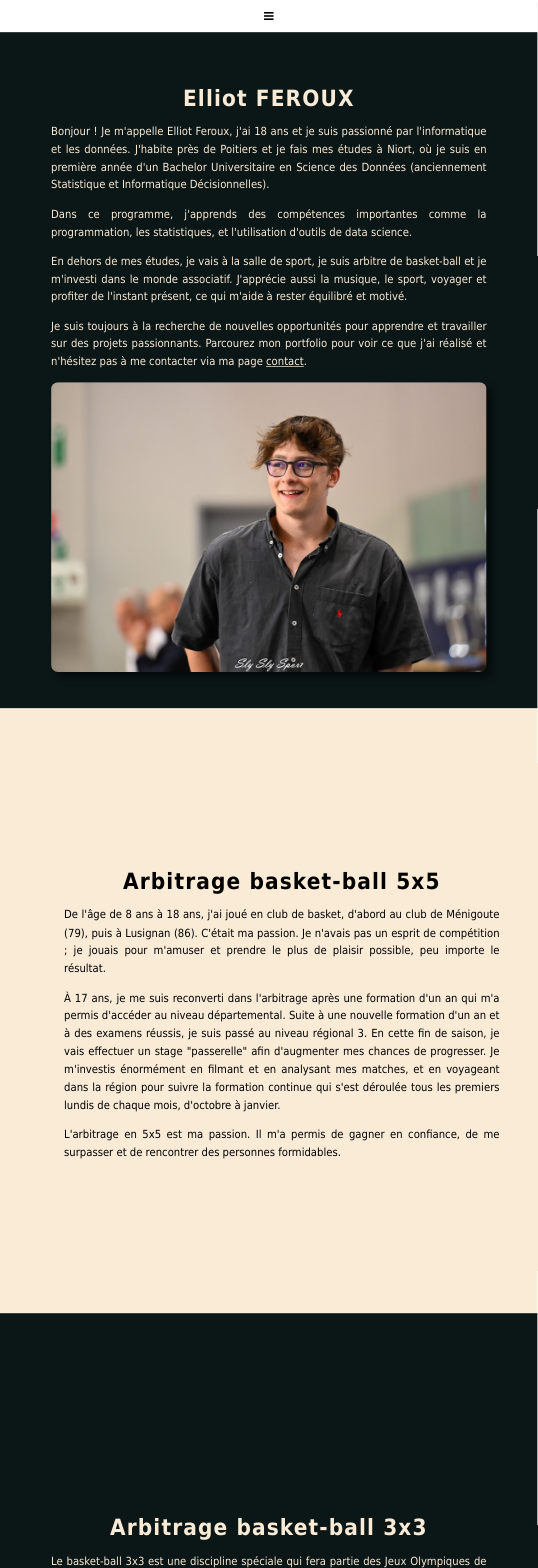
Repository: elliotfx/elliotfx.github.io
Page: html/apropos.html
The author's editor kept a copy of each file at every save. The page is drawn from the files as they stood at one save, then again after the next save.
The browser window is 768 px wide. The pictures show the part of the page from y = 0 to 2240 px (the page is 5332 px tall before and 5230 px after), at 70% of full size.

Above is the page before, as saved 2025-03-20 21:28:17.

### html/apropos.html
<!doctype html>
<html lang="fr">
<head>
  <meta charset="UTF-8">
  <meta name="viewport" content="width=device-width, initial-scale=1.0">
  <meta name="author" content="Elliot FEROUX">
  <meta name="description" content="Portfolio de Elliot FEROUX">
  <title>Mes Projets (Portfolio Elliot FEROUX)</title>
  <link rel="stylesheet" type="text/css" href="./../css/apropos.css" media="screen">
  <link rel="preconnect" href="https://fonts.googleapis.com">
  <link rel="preconnect" href="https://fonts.gstatic.com" crossorigin>
  <link href="https://fonts.googleapis.com/css2?family=Kanit:ital,wght@0,100;0,200;0,300;0,400;0,500;0,600;0,700;0,800&display=swap" rel="stylesheet">
  <link rel="stylesheet" href="../css/font-awesome-4.7.0/css/font-awesome.min.css">
  <link rel="shortcut icon" href="SD.png" type="image/x-icon">
  <script src="../JS/script_projets.js"></script>
</head>
<body>
  <header>
    <div class="navbar" id="nav">
      <div class="burger-container">
        <i class="fa fa-bars iconeburger" aria-hidden="true"></i>
      </div>
      <ul class="navbar-menu">
        <li class="link-nav-underline"><a href="bilan.html">BILAN PERSONNEL</a></li>
        <li class="link-nav-underline-projet"><a href="projets.html">PROJETS</a></li>
        <li class="logo">
          <a href="https://iutp.univ-poitiers.fr/sd/" target="_blank">
            <img src="./../Images/SD.png" alt="Logo BUT Sciences des Données">
          </a>
        </li>
        <li class="link-nav-underline"><a href="apropos.html">A PROPOS</a></li>
        <li class="link-nav-underline"><a href="contact.html">CONTACT</a></li>
      </ul>
    </div>

    <div id="burgerbar">
      <a href="https://iutp.univ-poitiers.fr/sd/" target="_blank">
        <img src="./../Images/SD.png" alt="Logo BUT Sciences des Données" class="logo-burger">
      </a>
      <i class="fa fa-times iconeburgerclose" aria-hidden="true"></i>
      <ul class="burger-menu-list">
        <li class="link-nav-underline"><a href="bilan.html">BILAN PERSONNEL</a></li><br>
        <li class="link-nav-underline"><a href="projets1.html">PROJETS</a></li><br>
        <li class="link-nav-underline"><a href="apropos.html">A PROPOS</a></li><br>
        <li class="link-nav-underline"><a href="contact.html">CONTACT</a></li>
      </ul>
    </div>
  </header>

  <main>
    <!-- Section 1 : Texte à gauche, image à droite -->
    <section class="section noir">
      <div class="container">
        <div class="text-block">
          <h2 class="title">Elliot FEROUX</h2>
          <div class="contenu">
            <p>Bonjour ! Je m'appelle Elliot Feroux, j'ai 18 ans et je suis passionné par l'informatique et les données. J'habite près de Poitiers et je fais mes études à Niort, où je suis en première année d'un Bachelor Universitaire en Science des Données (anciennement Statistique et Informatique Décisionnelles).</p>
            <p>Dans ce programme, j'apprends des compétences importantes comme la programmation, les statistiques, et l'utilisation d'outils de data science.</p>
            <p>En dehors de mes études, je vais à la salle de sport, je suis arbitre de basket-ball et je m'investi dans le monde associatif. J'apprécie aussi la musique, le sport, voyager et profiter de l'instant présent, ce qui m'aide à rester équilibré et motivé.</p>
            <p>Je suis toujours à la recherche de nouvelles opportunités pour apprendre et travailler sur des projets passionnants. Parcourez mon portfolio pour voir ce que j'ai réalisé et n'hésitez pas à me contacter via ma page <a href="contact.html" class="liens">contact</a>.</p>
          </div>
          <div class="img-bas">
            <img src="./../Images/photo2.JPG" alt="Photo de Elliot FEROUX">
          </div>
        </div>
        <div class="image-block">
          <img src="./../Images/photo2.JPG" alt="Photo de Elliot FEROUX">
        </div>
      </div>

    </section>

    <!-- Section 2 : Texte à droite, image à gauche (inversion automatique) -->
    <section class="section blanc">
      <div class="container">
        <div class="text-block">
          <h2 class="title">Arbitrage basket-ball 5x5</h2>
          <div class="contenu">
            <p>De l'âge de 8 ans à 18 ans, j'ai joué en club de basket, d'abord au club de Ménigoute (79), puis à Lusignan (86). C'était ma passion. Je n'avais pas un esprit de compétition ; je jouais pour m'amuser et prendre le plus de plaisir possible, peu importe le résultat.</p>
            <p>À 17 ans, je me suis reconverti dans l'arbitrage après une formation d'un an qui m'a permis d'accéder au niveau départemental. Suite à une nouvelle formation d'un an et à des examens réussis, je suis passé au niveau régional 3. En cette fin de saison, je vais effectuer un stage "passerelle" afin d'augmenter mes chances de progresser. Je m'investis énormément en filmant et en analysant mes matches, et en voyageant dans la région pour suivre la formation continue qui s'est déroulée tous les premiers lundis de chaque mois, d'octobre à janvier.</p>
            <p>L'arbitrage en 5x5 est ma passion. Il m'a permis de gagner en confiance, de me surpasser et de rencontrer des personnes formidables.</p>
          </div>
        </div>
        <div class="image-block">
          <img src="./../Images/55.JPEG" alt="Photo de Elliot FEROUX arbitre">
        </div>
      </div>
    </section>

    <!-- Section 3 : Texte à gauche, image à droite -->
    <section class="section noir">
      <div class="container">
        <div class="text-block">
          <h2 class="title">Arbitrage basket-ball 3x3</h2>
          <div class="contenu">
            <p>Le basket-ball 3x3 est une discipline spéciale qui fera partie des Jeux Olympiques de Paris. C'est une forme de basket-ball de rue. J'ai découvert cette discipline il y a un peu plus d'un an. L'arbitrage et la gestion des acteurs sont différents de ceux du basket-ball traditionnel.</p>
            <p>Depuis, j'ai arbitré lors de nombreux tournois, tels que les <a href="http://ffse.fr/nos-actions/jeux/europeeens/#:~:text=LES%20JEUX%20EUROP%C3%89ENS,-Les%20Jeux%20Europ%C3%A9ens&text=Cette%20grande%20f%C3%AAte%20du%20sport,14%20au%2018%20juin%202023." class="liens">Jeux Européens Inter-Entreprises de Bordeaux</a>, <a href="https://www.poitevins.fr/urbanpb#:~:text=Urban%20PB%20est%20un%20tournoi,qualification%20entre%20avril%20et%20juin." class="liens">l'Urban PB de Poitiers</a>, ou encore le <a href="https://play.fiba3x3.com/events/dfd86fbb-793f-4384-a0a0-58e7211858ba?fbclid=IwAR3QWv89srzKISg9u5xH8Kk9xjBphCmSoV1SZCdJkw5wBuWZTOqwaH6c468" class="liens">Tournoi International du Grand Cognac</a>. Cette discipline me passionne tout autant, car elle me permet de voyager davantage, de profiter du basket en plein air, et même de découvrir de nouveaux horizons.</p>
          </div>
        </div>
        <div class="image-block">
          <img src="./../Images/PB.JPEG" alt="Photo de Elliot FEROUX">
        </div>
      </div>
    </section>

    <!-- Section 4 : Texte à droite, image à gauche -->
    <section class="section blanc">
      <div class="container">
        <div class="text-block">
          <h2 class="title">Bénévolat - Mélusik</h2>
          <div class="contenu">
            <p>Mes parents m'ont toujours immergé dans la musique, mon père étant guitariste et ma mère accordéoniste et chanteuse. Personnellement, je me contente d'écouter de la musique. Ils ont toujours été bénévoles dans une association musicale, et depuis deux ans, je le suis également. Lors de l'édition 2023, j'étais bénévole à la restauration, où je préparais les sandwiches et m'occupais de la logistique en arrière-plan. Je n'ai pas vraiment apprécié cette tâche car il n'y avait pas de contact avec les clients et je ne pouvais pas profiter de la musique.</p>
            <p>Cette année, j'ai été à l'accueil, en charge de servir les clients en jetons, de gérer les retours de caution, et de répondre à toutes les questions des festivaliers. J'ai beaucoup aimé ce poste car il impliquait beaucoup de contact avec les clients, la gestion d'argent, et des responsabilités. De plus, cela m'a permis de travailler sur ma confiance en moi et de veiller à ce que les festivaliers aient une bonne impression du festival dès leur arrivée.</p>
          </div>
        </div>
        <div class="image-block">
          <img src="./../Images/melu.jpeg" alt="Festival Mélusik affiche">
        </div>
      </div>
    </section>

    <!-- Section 5 : Texte à gauche, image à droite -->
    <section class="section noir">
      <div class="container">
        <div class="text-block">
          <h2 class="title">Arbitrage Universitaire</h2>
          <div class="contenu">
            <p>Depuis le début de l'année universitaire 2024 - 2025, j'arbitre à l'université, je me rends souvent à Poitiers le jeudi après-midi afin d'arbitrer des matchs au niveau Académique et Inter-Académique. J'ai nottament pu arbitrer la finale inter-académique avec les équipes de l'ENSMA - Chasseneuil, Toulon et La Rochelle.</p>
            <p>Les matchs Inter-Université me permettent de prendre de l'expérience car on y retrouve des joueurs de plus ou moins haut niveau. J'arbitre actuellement en Régional 3 et je peux me retrouver à arbitrer des joueurs de niveau Régionale 1 voire Nationale 3. C'est toujours de l'expérience à prendre et je m'épanouis énormément. Cela me permet de pratiquer d'autant plus ma passion.</p>
          </div>
        </div>
        <div class="image-block">
          <img src="./../Images/univ.png" alt="Arbitrage Universitaire">
        </div>
      </div>
    </section>

    <section class="section blanc">
        <div class="container">
          <div class="text-block">
            <h2 class="title">Ecole d'arbitrage</h2>
            <div class="contenu">
                <p>Depuis le début de l'année universitaire 2024-2025, je m'investis activement dans l'école d'arbitrage de mon club de Basket, Chauray. Je m'occupe de préparer des séances théoriques <a href="./../Images/ecolearb.pdf" target="_blank" class="liens">(cf pdf pour un exemple de séance).</a> Nous nous servons de matchs de jeunes afin de les accompagner dans leur évolution. Si possible, nous pouvons les suivre dans leurs matchs "officiels", afin de leur donner plus de conseils.</p>
                <p>J'aime réellement former, cela me permet de partager ma passion, transmettre mes connaissances et de gagner en maturité. Cela m'apporte beaucoup.</p>
            </div>
          </div>
          <div class="image-block">
            <img src="./../Images/ecole.JPG" alt="ecole">
          </div>
        </div>
      </section>
  </main>
</body>
</html>

### css/apropos.css
@import "navbar_stylesheet.css";

body {
  margin: 0;
  padding: 0;
  font-family: 'Tahoma', sans-serif;
}

.img-bas{
    display: none;
}

/* Style de base pour chaque section */
.section {
  min-height: 100vh;
  display: flex;
  align-items: center;
  justify-content: center;
  padding: 2rem 0;
  position: relative;
}

/* Fond sombre et texte clair */
.section.noir {
  background-color: #0B1616;
  color: antiquewhite;
}

/* Fond clair et texte foncé */
.section.blanc {
  background-color: antiquewhite;
  color: #000;
}

/* Container central en flex */
.container {
  width: 90%;
  max-width: 1200px;
  display: flex;
  flex-direction: row;
  align-items: center;
  justify-content: space-between;
  gap: 2rem;
  margin: auto;
}

/* Inversion de l'ordre pour les sections paires */
.section:nth-of-type(even) .container {
  flex-direction: row-reverse;
}

/* Bloc de texte */
.text-block {
  width: 50%;
  padding: 1rem;
}

/* Style du titre */
.title {
  font-weight: bold;
  letter-spacing: 0.05em;
  font-size: 2em;
  margin-bottom: 1rem;
}

/* Bloc image */
.image-block {
  width: 50%;
  display: flex;
  align-items: center;
  justify-content: center;
}

.image-block img {
  width: 80%;
  height: auto;
  border-radius: 10px;
  box-shadow: 8px 8px 10px 0 rgba(0, 0, 0, 0.5);
}

/* Style des liens */
a {
  color: inherit;
}

/* Mise en forme du contenu textuel */
.contenu p {
  text-align: justify;
  line-height: 1.6;
}

.liens{
    text-decoration: underline;
}

@media screen and (max-width: 900px) {
    .image-block {
        display: none;
    }

    .text-block {
        width: 90%;
        text-align: center;
    }

    .container {
        flex-direction: column;
        align-items: center;
        text-align: center;
        position: relative;
    }

    .img-bas {
        display: block;
        width: fit-content;  /* Ajuste la taille */
    }

    .img-bas img {
        width: 100%;
        max-width: 100%; /* Taille max */
        height: auto;
        border-radius: 10px;
        box-shadow: 8px 8px 10px 0 rgba(0, 0, 0, 0.5);
    }
}

### css/navbar_stylesheet.css
html,
body {
    overflow-x: hidden;
}

ul {
    list-style-type: none;
    padding: 0;
    margin: 0;
}

header {
    background-color: #ffffff;
    box-shadow: 3px 3px 4px rgba(205, 205, 205, 0.5);
    display: flex;
    justify-content: center;
    align-items: center;
    padding: 15px;
    z-index: 2000;
}

.navbar {
    width: 100%;
    display: flex;
    justify-content: center;
    align-items: center;
}

/* Modification principale pour répartir équitablement les éléments */
.navbar-menu {
    display: flex;
    justify-content: space-around;
    align-items: center;
    width: 100%;
}

.logo img {
    width: 50px;
    height: 50px;
}

/* Effet souligné au survol */
.link-nav-underline, .link-nav-underline-projet {
    display: inline-block;
    position: relative;
    text-decoration: none;
    color: inherit;
}

.link-nav-underline::after,
.link-nav-underline-projet::after {
    content: "";
    display: block;
    position: absolute;
    bottom: 0;
    left: 0;
    width: 100%;
    height: 2px;
    background: #000;
    transform: scaleX(0);
    transition: transform 0.2s ease-in-out;
    transform-origin: left;
}

.link-nav-underline:hover::after,
.link-nav-underline-projet:hover::after {
    transform: scaleX(1);
}

/* Style du menu burger */
.burger-container {
    display: none;
    cursor: pointer;
}

#burgerbar {
    height: 100vh;
    width: 50%;
    background-color: #fff;
    position: fixed;
    top: 0;
    left: -100%;
    display: flex;
    flex-direction: column;
    align-items: center;
    justify-content: center;
    z-index: 3000;
    transition: left 0.3s ease-in-out;
    padding: 20px;
    box-shadow: 2px 0 5px rgba(0, 0, 0, 0.5);
}

/* Responsive pour mobiles */
@media screen and (max-width: 900px) {
    .navbar-menu {
        display: none;
    }

    .burger-container {
        display: flex;
    }

    .burger-menu-list {
        display: block;
        text-align: center;
    }

    .burger-menu-list li {
        margin: 15px 0;
    }
}


a{
    color: inherit;
    text-decoration: none;
}

.logo-burger{
    width: 50px;
    height: 50px;
}

Loaded but not shown: css/font-awesome-4.7.0/css/font-awesome.min.css (library); JS/script_projets.js (no copy from this time; the picture is the same without it)

After the next save:
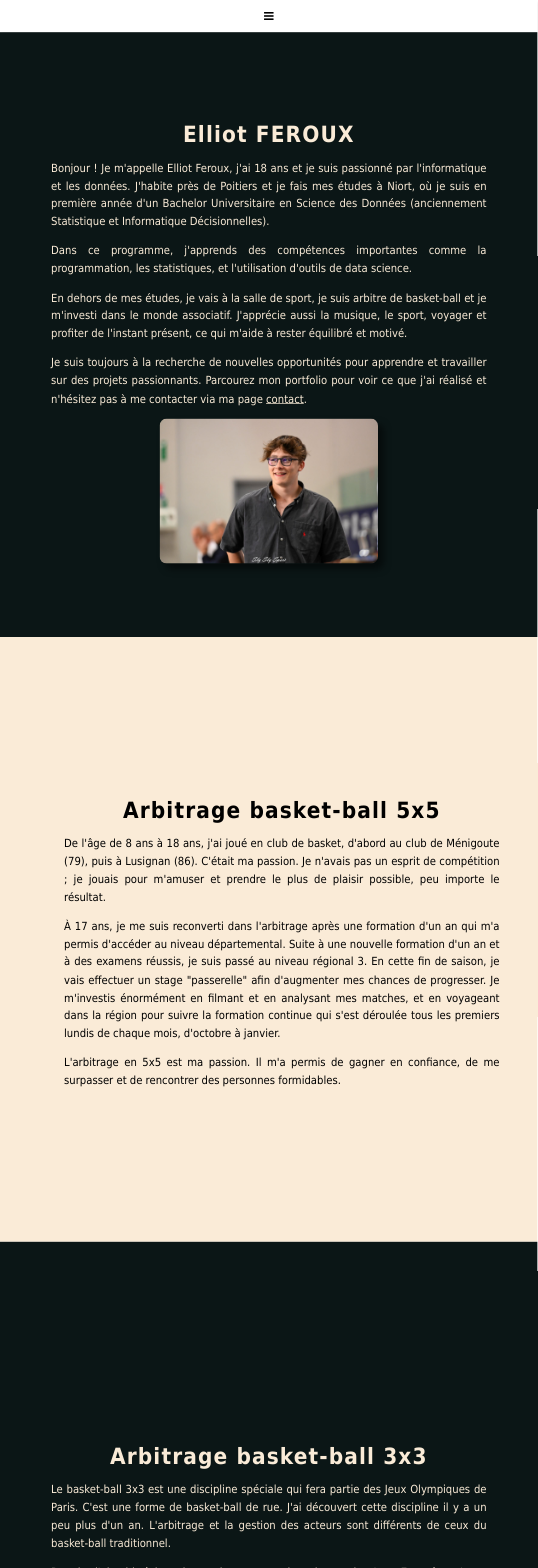
Saved 5 s later.
--- a/css/apropos.css
+++ b/css/apropos.css
@@ -117,7 +117,7 @@
 
     .img-bas img {
         width: 100%;
-        max-width: 100%; /* Taille max */
+        max-width: 50%; /* Taille max */
         height: auto;
         border-radius: 10px;
         box-shadow: 8px 8px 10px 0 rgba(0, 0, 0, 0.5);
